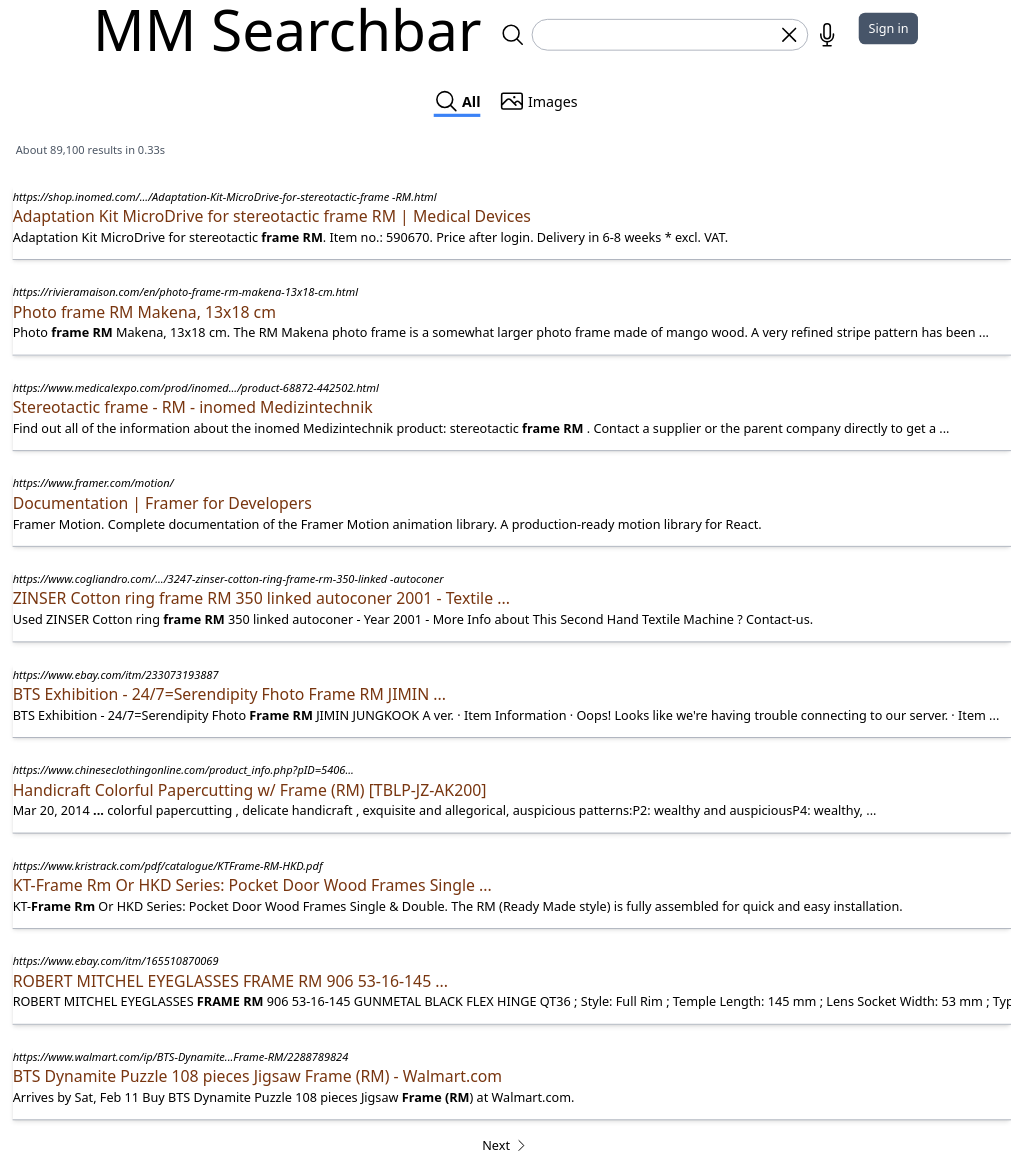
Repository: michalmilek/minigoogle
Page: /search
These files come from the project's save history. The page is drawn as it stood at one moment and after the next save; the edit follows.
The browser window is 1280 px wide. The pictures show the whole page, at 79% of full size.
The page's requests for data from a server got no answer. The project was rebuilt for these pictures with package versions that can differ from the ones it lists, and the page was loaded fresh each time. The framework's server and built-in components were replaced by stand-ins that run in the browser. No one was signed in, and anything a server would have sent is missing. Also part of the build but not shown: next.config.js, Response.ts.

Above is the page before, as saved 2023-02-15 00:46:15.

### pages/_app.tsx
import '@/styles/globals.css'
import type { AppProps } from 'next/app'
import { SessionProvider } from "next-auth/react";

export default function App({ Component, pageProps }: AppProps) {
  return (
    <SessionProvider
      // Provider options are not required but can be useful in situations where
      // you have a short session maxAge time. Shown here with default values.
      session={pageProps.session}>
      <Component {...pageProps} />
    </SessionProvider>
  );
}

### pages/search.tsx
import SearchHeader from "@/components/SearchHeader";
import Head from "next/head";
import React from "react";
import SearchOptions from "@/components/SearchOptions";
import { GetServerSideProps } from "next";
import Response from "@/Response";
import SearchResults from "@/components/SearchResults";
import { useRouter } from "next/router";
import PaginationButtons from "@/components/PaginationButtons";

const search = ({ results }: any) => {
  console.log(results);
  const router = useRouter();
  return (
    <div className="flex flex-col">
      <Head>
        <title>Search page</title>
        <meta
          name="description"
          content="Generated by create next app"
        />
        <meta
          name="viewport"
          content="width=device-width, initial-scale=1"
        />
        <link
          rel="icon"
          href="/favicon.ico"
        />
      </Head>

      <SearchHeader />
      <SearchOptions />
      <SearchResults results={results} />
      <PaginationButtons />
    </div>
  );
};

export default search;

export async function getServerSideProps(ctx: any) {
  const startIndex = ctx.query.start || "1";
  const mockData = true;
  const data = mockData
    ? Response
    : await fetch(
        `https://www.googleapis.com/customsearch/v1?key=${
          process.env.NEXT_PUBLIC_GOOGLE_API_KEY
        }&cx=${process.env.NEXT_PUBLIC_CONTEXT_KEY}&q=${ctx.query.term}${
          ctx.query.searchType === "image" ? "&searchType=image" : ""
        }&start=${startIndex}`
      ).then((response) => response.json());

  return {
    props: {
      results: data,
    },
  };
}

### components/SearchHeader.tsx
import React, { FormEvent, useRef } from "react";
import {
  MagnifyingGlassIcon,
  MicrophoneIcon,
  XMarkIcon,
} from "@heroicons/react/24/outline";
import { useRouter } from "next/router";
import User from "./User";

const SearchHeader = () => {
  const router = useRouter();
  const inputSearchRef = useRef<HTMLInputElement>(null);

  const clearInput = () => {
    inputSearchRef.current!.value = "";
  };

  const search = (e: FormEvent) => {
    e.preventDefault();
    const term = inputSearchRef.current?.value;
    if (!term?.trim()) return;
    router.push(`/search?term=${term.trim()}&searchType=`);
  };

  return (
    <header className="sticky top-0 left-0 bg-white flex flex-row py-auto items-center justify-center gap-6 px-2 md:px-0">
      <h1 className="text-3xl lg:text-7xl">MM Searchbar</h1>
      <form
        onSubmit={search}
        className="flex items-center justify-center mt-4">
        <div className="flex flex-grow flex-shrink gap-2 items-center justify-center">
          <button type="submit">
            <MagnifyingGlassIcon className="h-8 cursor-pointer" />
          </button>
          <div className="relative flex justify-center items-center w-[90%] md:w-[350px]">
            <input
              type="text"
              defaultValue={router.query.term}
              ref={inputSearchRef}
              className="border transition-all outline-none ring-0 focus:drop-shadow-2xl  text-base w-[100%] h-[100%] px-4 py-2 border-gray-400 rounded-full"
            />
            <XMarkIcon
              onClick={() => clearInput()}
              className="cursor-pointer h-8 absolute top-[50%] right-2 translate-y-[-50%]"
            />
          </div>
          <MicrophoneIcon className="h-8 cursor-pointer" />
        </div>
      </form>
      <User />
    </header>
  );
};

export default SearchHeader;

### components/SearchOptions.tsx
import React, { useState } from "react";
import SearchOption from "./SearchOption";
import { MagnifyingGlassIcon, PhotoIcon } from "@heroicons/react/24/outline";
import { useRouter } from "next/router";

const SearchOptions = () => {
  const router = useRouter();
  const [selected, setSelected] = useState("All");
  return (
    <div className="flex gap-6 select-none w-full justify-center mt-10">
      <SearchOption
        title="All"
        Icon={MagnifyingGlassIcon}
        selected={selected}
        setSelected={setSelected}
      />
      <SearchOption
        title="Images"
        Icon={PhotoIcon}
        selected={selected}
        setSelected={setSelected}
      />
    </div>
  );
};

export default SearchOptions;

### components/SearchResults.tsx
import React from "react";
import Parser from "html-react-parser";

const SearchResults = ({ results }: any) => {
  return (
    <div className="w-screen mt-8">
      <p className="text-gray-600 text-sm pl-5 mb-9">
        About {results.searchInformation.formattedTotalResults} results in{" "}
        {results.searchInformation.formattedSearchTime}s
      </p>
      <div className="flex flex-col gap-7 pl-4">
        {results.items.map((result): any => (
          <div
            key={result.link}
            className="border-b pb-4 truncate border-gray-400 shadow-md">
            <div className="group truncate">
              <a
                className="truncate w-[70%] text-sm italic"
                href={result.link}>
                {result.formattedUrl}
              </a>
              <a href={result.link}>
                <h2 className="group-hover:underline truncate text-xl font-medium text-amber-900 decoration-amber-900">
                  {result.title}
                </h2>
              </a>
            </div>
            <p>{Parser(result.htmlSnippet)}</p>
          </div>
        ))}
      </div>
    </div>
  );
};

export default SearchResults;

### components/PaginationButtons.tsx
import React from "react";
import { ChevronLeftIcon, ChevronRightIcon } from "@heroicons/react/24/outline";
import Link from "next/link";
import { useRouter } from "next/router";

const PaginationButtons = () => {
  const router = useRouter();
  const startIndex = Number(router.query.start) || 1;
  return (
    <div className="flex justify-center items-center gap-10">
      {startIndex > 10 && (
        <Link
          href={`/search?term=${router.query.term}&searchType=${
            router.query.searchType
          }&start=${startIndex - 10}`}>
          <div className="flex mt-5 items-center gap-1 justify-center">
            <ChevronLeftIcon className="h-5" />
            <p>Previous</p>
          </div>
        </Link>
      )}
      {startIndex < 90 && (
        <Link
          href={`/search?term=${router.query.term}&searchType=${
            router.query.searchType
          }&start=${startIndex + 10}`}>
          <div className="flex mt-5 items-center gap-1 justify-center">
            <p>Next</p>
            <ChevronRightIcon className="h-5" />
          </div>
        </Link>
      )}
    </div>
  );
};

export default PaginationButtons;

### components/User.tsx
import React from "react";
import { useSession, signIn, signOut } from "next-auth/react";

const User = () => {
  const { data: session } = useSession();
  return (
    <>
      {session ? (
        <img
          onClick={() => signOut()}
          src={session.user?.image!}
          alt={session.user?.name!}
          className="h-[50px] w-[50px] object-cover rounded-full"
        />
      ) : (
        <button
          className="bg-slate-600 text-white px-3 py-2 rounded-lg"
          onClick={() => signIn()}>
          Sign in
        </button>
      )}
    </>
  );
};

export default User;

### components/SearchOption.tsx
import { type } from "os";
import React, {
  Dispatch,
  ForwardRefExoticComponent,
  SetStateAction,
  SVGProps,
  useRef,
} from "react";
import { MagnifyingGlassIcon, PhotoIcon } from "@heroicons/react/24/outline";
import { useRouter } from "next/router";

type props = {
  title: string;
  Icon: React.ForwardRefExoticComponent<
    React.SVGProps<SVGSVGElement> & {
      title?: string | undefined;
      titleId?: string | undefined;
    }
  >;
  selected: string;
  setSelected: Dispatch<SetStateAction<string>>;
};

const SearchOption = ({ title, Icon, selected, setSelected }: props) => {
  const router = useRouter();
  const divRef = useRef<HTMLDivElement>(null);

  const selectTab = (title: any) => {
    if (title === "All") {
      setSelected("All");
      router.push(`/search?term=${router.query.term}&type=all`);
    }
    if (title === "Images") {
      router.push(`/search?term=${router.query.term}&type=image`);
      setSelected("Images");
    }
  };
  return (
    <div
      onClick={() => selectTab(title)}
      ref={divRef}
      className={`flex flex-col md:flex-row ${
        selected === title
          ? "border-b-blue-500 font-bold"
          : "border-b-transparent"
      } transition-all border-b-4 md:gap-1 items-center justify-center`}>
      <Icon className="h-5 md:h-8" />
      <p className="md:text-lg">{title}</p>
    </div>
  );
};

export default SearchOption;

### components/ImageResults.tsx
import React from "react";

const ImageResults = () => {
  return <div>ImageResults</div>;
};

export default ImageResults;

Loaded but not shown: pages/_document.tsx (common file); styles/globals.css (common file); tailwind.config.js (common file)

After the next save:
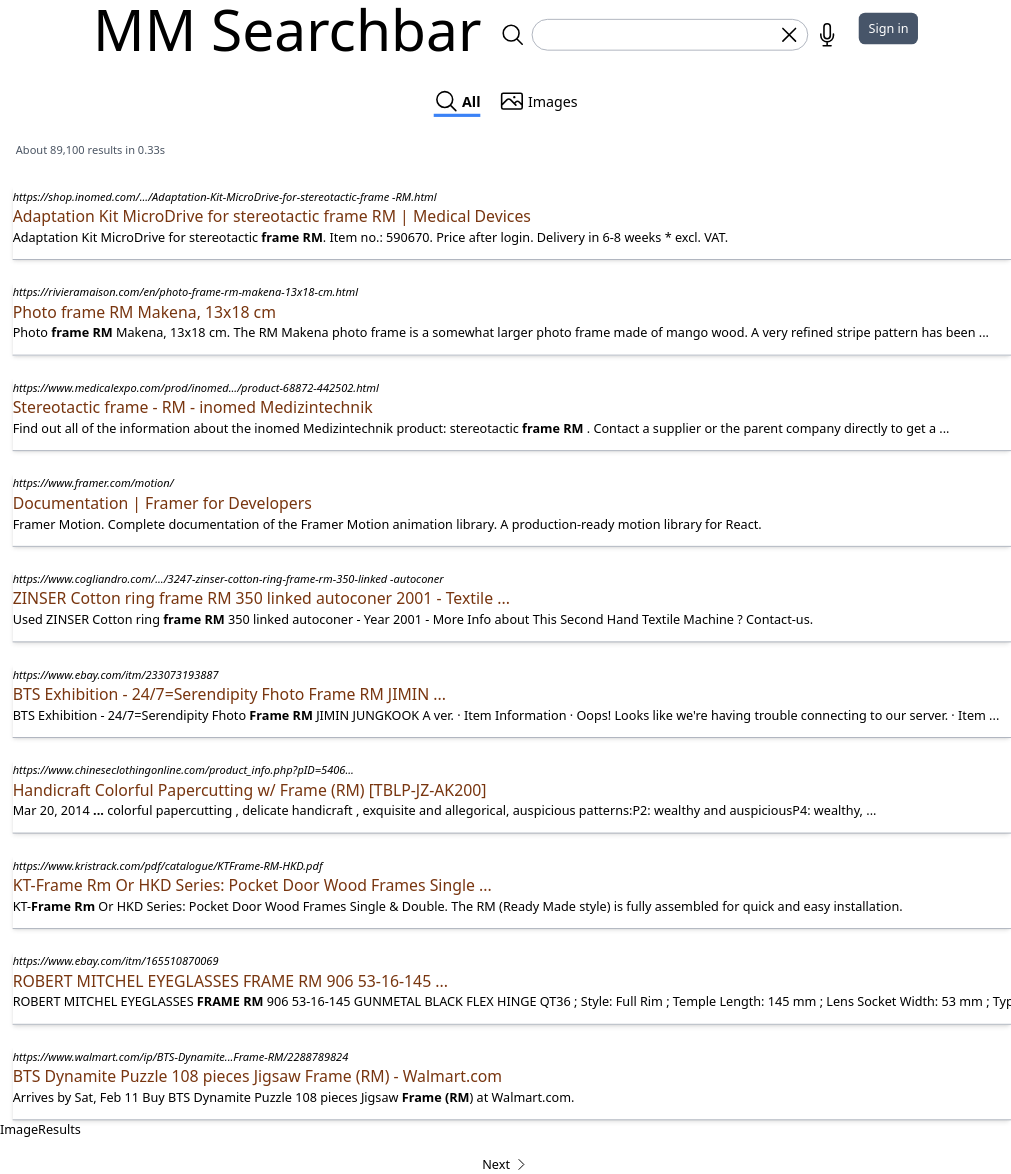
Saved 8 s later.
--- a/pages/search.tsx
+++ b/pages/search.tsx
@@ -7,6 +7,7 @@
 import SearchResults from "@/components/SearchResults";
 import { useRouter } from "next/router";
 import PaginationButtons from "@/components/PaginationButtons";
+import ImageResults from "@/components/ImageResults";
 
 const search = ({ results }: any) => {
   console.log(results);
@@ -32,6 +33,7 @@
       <SearchHeader />
       <SearchOptions />
       <SearchResults results={results} />
+      <ImageResults />
       <PaginationButtons />
     </div>
   );

After the save that followed:
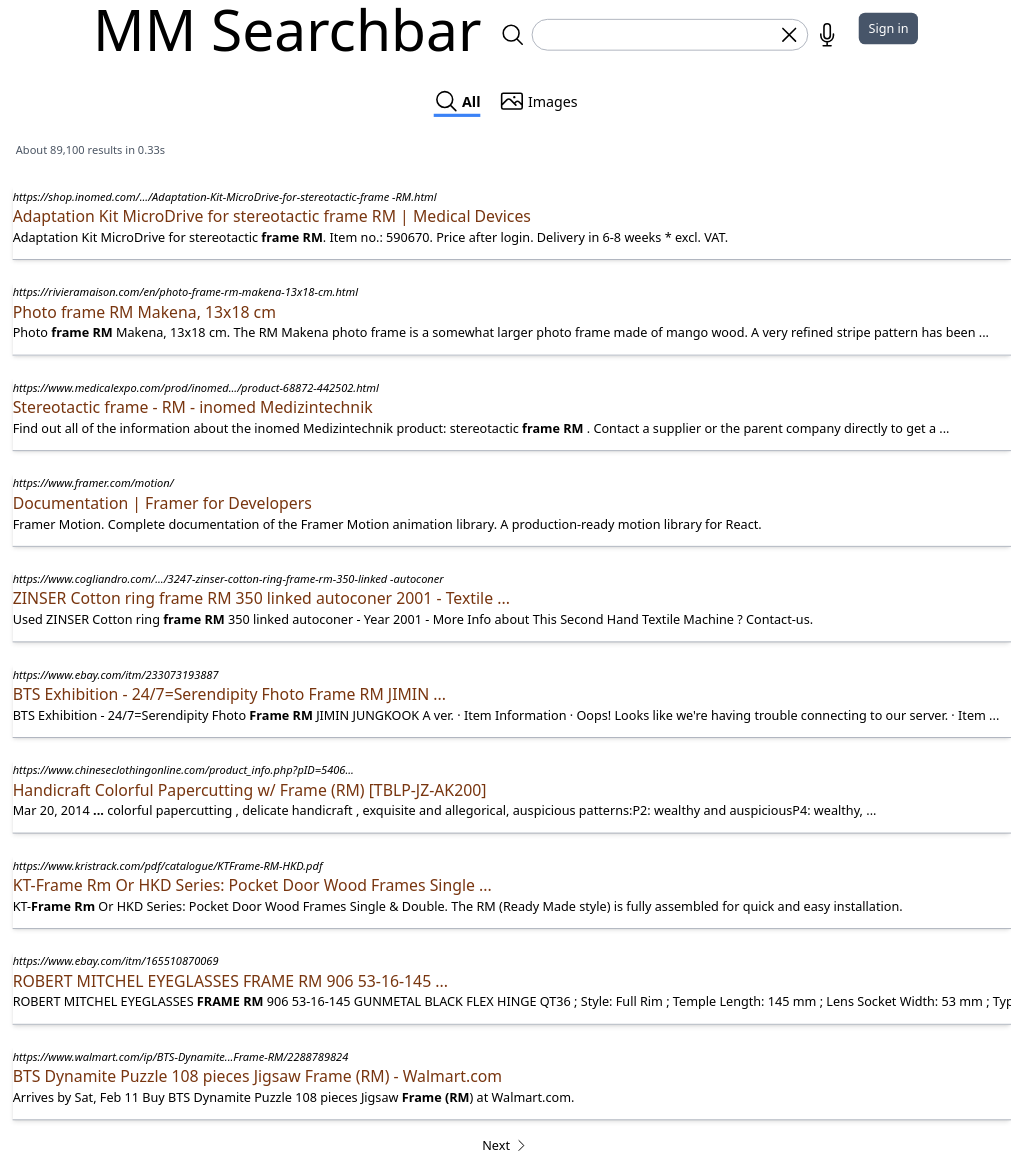
Saved 63 s later.
--- a/pages/search.tsx
+++ b/pages/search.tsx
@@ -32,8 +32,11 @@
 
       <SearchHeader />
       <SearchOptions />
-      <SearchResults results={results} />
-      <ImageResults />
+      {router.query.searchType === "image" ? (
+        <ImageResults results={results} />
+      ) : (
+        <SearchResults results={results} />
+      )}
       <PaginationButtons />
     </div>
   );
